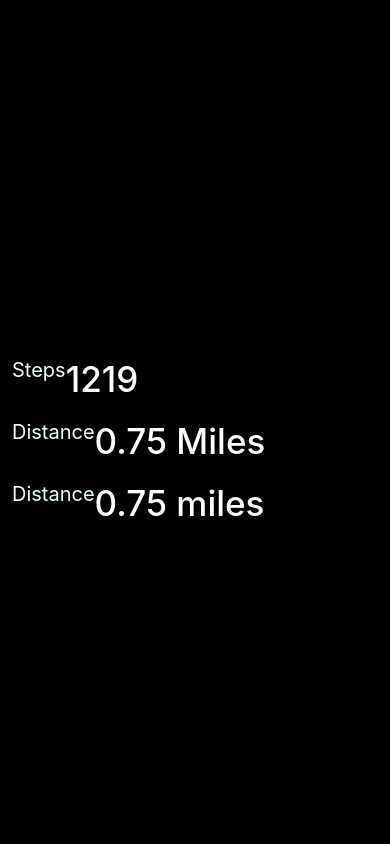
Repository: JamesPesenti/JiMTracker
Screen: /
An editor plug-in stored every save of this project. The screen is shown before and after the next save, followed by the edit.
The app was drawn by React Native's web renderer in a window 390 px wide. The project was rebuilt for these pictures with package versions that can differ from the ones it lists, and the page was loaded fresh each time.

Above is the screen before, as saved 2023-06-16 12:10:38.

After the next save:
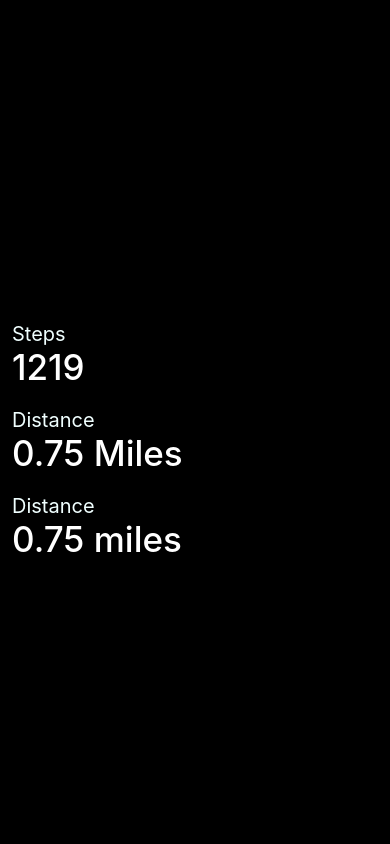
Saved 10 s later.
--- a/App.tsx
+++ b/App.tsx
@@ -52,7 +52,7 @@ const styles = StyleSheet.create({
     gap: 20
   },
   valueContainer: {
-    flexDirection: "row",
+    flexDirection: "column",
     color: "white",
   },
   label: {
